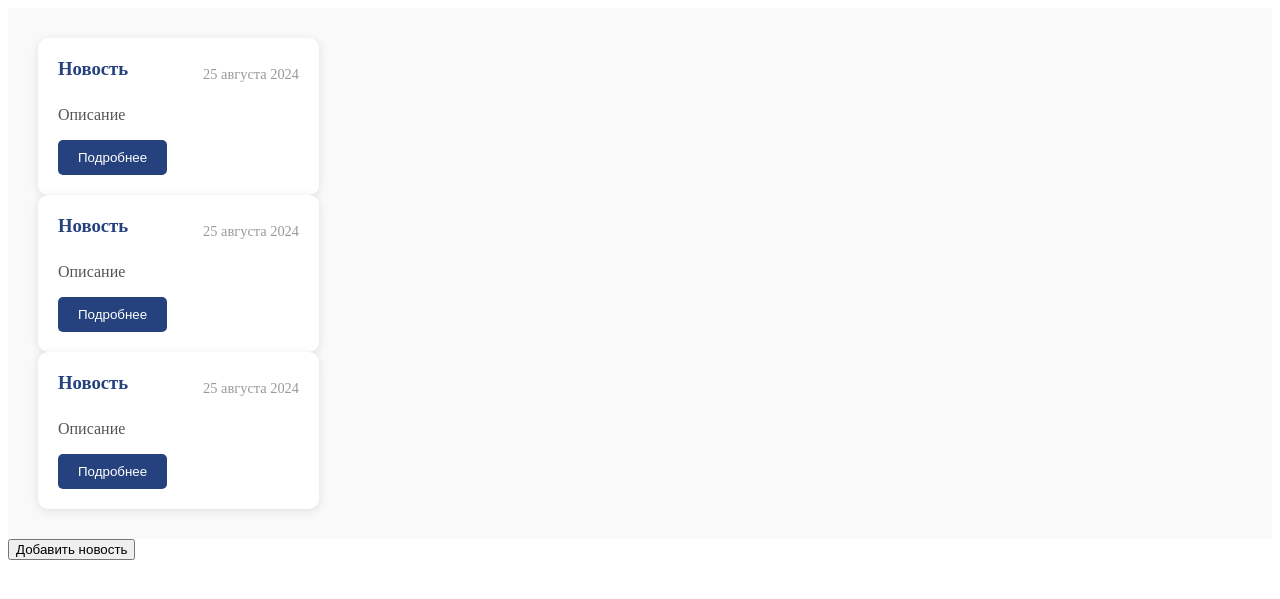
Repository: MaratLK/PLKFrontend
Page: Templates/NewsForIndex.html
The author's editor kept a copy of each file at every save. The page is drawn from the files as they stood at one save, then again after the next save.
The browser window is 1280 px wide. The pictures show the whole page.

Above is the page before, as saved 2024-08-25 07:17:32.

After the next save:
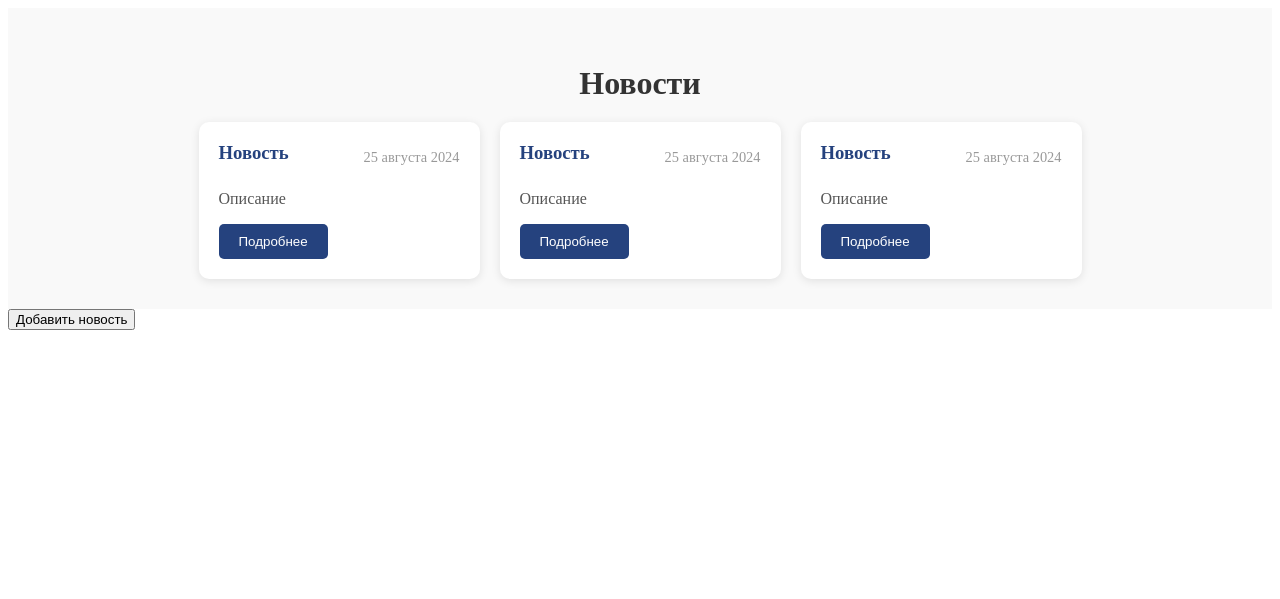
Not found: Templates/script.js
Saved 4 min 6 s later.
--- a/Templates/NewsForIndex.html
+++ b/Templates/NewsForIndex.html
@@ -120,104 +120,60 @@
   </head>
   <body>
     <section id="news" class="news">
-        <div class="news-card">
-            <div class="news-header">
-              <h3>Новость</h3>
-              <span class="news-date">25 августа 2024</span> <!-- Здесь будет дата -->
-            </div>
-            <p>Описание</p>
-            <button class="open-modal" data-news="news1">Подробнее</button>
-          </div>
+        <h2>Новости</h2>
+        <div class="news-container">
           <div class="news-card">
             <div class="news-header">
               <h3>Новость</h3>
-              <span class="news-date">25 августа 2024</span> <!-- Здесь будет дата -->
-            </div>
-            <p>Описание</p>
-            <button class="open-modal" data-news="news1">Подробнее</button>
-          </div>
-          <div class="news-card">
-            <div class="news-header">
-              <h3>Новость</h3>
-              <span class="news-date">25 августа 2024</span> <!-- Здесь будет дата -->
+              <span class="news-date">25 августа 2024</span>
             </div>
             <p>Описание</p>
             <button class="open-modal" data-news="news1">Подробнее</button>
           </div>
 
-    </section>
+          <div class="news-card">
+            <div class="news-header">
+              <h3>Новость</h3>
+              <span class="news-date">25 августа 2024</span>
+            </div>
+            <p>Описание</p>
+            <button class="open-modal" data-news="news1">Подробнее</button>
+          </div>
 
-    <!-- Кнопка для открытия модального окна -->
-<button id="add-news-btn">Добавить новость</button>
+          <div class="news-card">
+            <div class="news-header">
+              <h3>Новость</h3>
+              <span class="news-date">25 августа 2024</span>
+            </div>
+            <p>Описание</p>
+            <button class="open-modal" data-news="news1">Подробнее</button>
+          </div>
+        </div>
+      </section>
 
-<!-- Модальное окно -->
-<div id="news-modal" class="modal">
-  <div class="modal-content">
-    <span class="close-btn">&times;</span>
-    <h3>Добавить новость</h3>
-    <form id="news-form">
-      <label for="news-title">Название:</label>
-      <input type="text" id="news-title" name="title" required>
+      <!-- Кнопка для открытия модального окна -->
+      <button id="add-news-btn">Добавить новость</button>
 
-      <label for="news-date">Дата:</label>
-      <input type="date" id="news-date" name="date" required>
+      <!-- Модальное окно -->
+      <div id="news-modal" class="modal">
+        <div class="modal-content">
+          <span class="close-btn">&times;</span>
+          <h3>Добавить новость</h3>
+          <form id="news-form">
+            <label for="news-title">Название:</label>
+            <input type="text" id="news-title" name="title" required>
 
-      <label for="news-description">Описание:</label>
-      <textarea id="news-description" name="description" required></textarea>
+            <label for="news-date">Дата:</label>
+            <input type="date" id="news-date" name="date" required>
 
-      <button type="submit">Добавить</button>
-    </form>
-  </div>
-</div>
-<script>
-    // JavaScript для открытия и закрытия модального окна
-const modal = document.getElementById('news-modal');
-const btn = document.getElementById('add-news-btn');
-const span = document.getElementsByClassName('close-btn')[0];
+            <label for="news-description">Описание:</label>
+            <textarea id="news-description" name="description" required></textarea>
 
-btn.onclick = function() {
-  modal.style.display = 'block';
-}
+            <button type="submit">Добавить</button>
+          </form>
+        </div>
+      </div>
 
-span.onclick = function() {
-  modal.style.display = 'none';
-}
-
-window.onclick = function(event) {
-  if (event.target == modal) {
-    modal.style.display = 'none';
-  }
-}
-
-// Добавление новой карточки по submit формы
-document.getElementById('news-form').addEventListener('submit', function(event) {
-  event.preventDefault();
-
-  const title = document.getElementById('news-title').value;
-  const date = document.getElementById('news-date').value;
-  const description = document.getElementById('news-description').value;
-
-  const newCard = document.createElement('div');
-  newCard.classList.add('news-card');
-
-  newCard.innerHTML = `
-    <div class="news-header">
-      <h3>${title}</h3>
-      <span class="news-date">${date}</span>
-    </div>
-    <p>${description}</p>
-    <button class="open-modal" data-news="news1">Подробнее</button>
-  `;
-
-  document.querySelector('.news-container').appendChild(newCard);
-
-  // Закрываем модальное окно после добавления
-  modal.style.display = 'none';
-
-  // Очищаем форму
-  document.getElementById('news-form').reset();
-});
-
-</script>
-  </body>
-</html>
+      <script src="script.js"></script>
+    </body>
+  </html>
